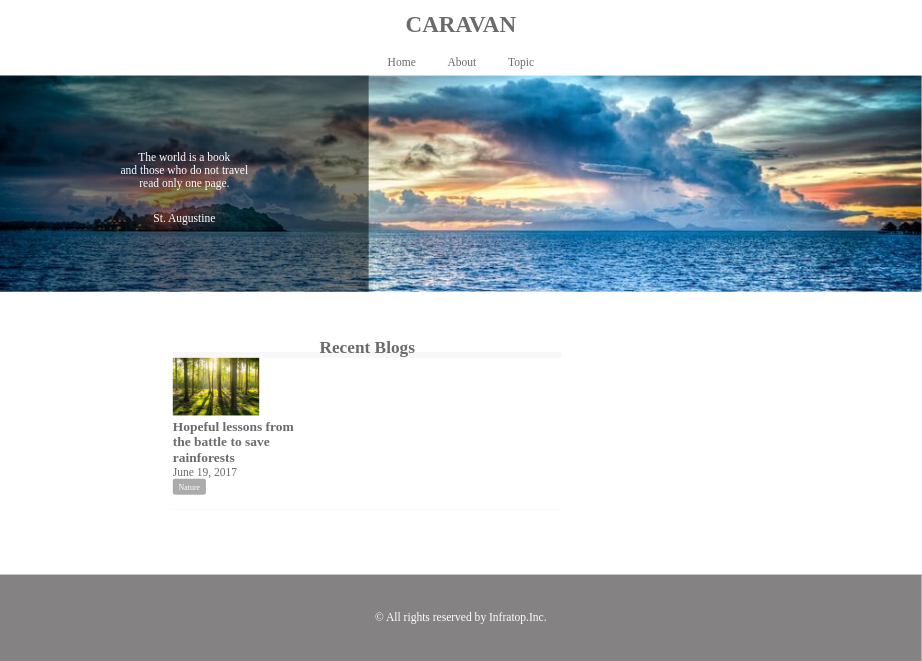
Repository: 825814/caravan2
Page: caravan2/index.html
The author's editor kept a record of every edit. The page is drawn from the files as they stood at one moment, then again after the next edit.
The browser window is 1280 px wide. The pictures show the whole page, at 72% of full size.

Above is the page before.

### caravan2/index.html
<!DOCTYPE html>
<html lang="ja">
  <head>
    <meta charset="UTF-8" />
    <!-- CSSファイルの読み込み -->
    <link rel="stylesheet" href="style.css" />
    <title>CARAVAN</title>
  </head>

  <body>
    <!-- header -->
    <header>
      <h1 class="heading">
        <a href="index.html">
          CARAVAN
        </a>
      </h1>
    </header>

    <!-- navigation -->
    <nav>
      <ul class="nav-list">
        <li class="nav-list-item">
          <a href="index.html">Home</a>
        </li>
        <li class="nav-list-item">About</li>
        <li class="nav-list-item">Topic</li>
      </ul>
    </nav>

    <!-- main-visual用のdiv -->
    <div class="main-visual">
      <div class="main-visual-content">
        <p class="main-visual-text">
          The world is a book<br>
          and those who do not travel<br>
          read only one page.
        </p>
        <p class="main-visual-name">
          St. Augustine
        </p>
      </div>
    </div>

    <!-- main用のdiv -->
    <main>
      <section class="blog">
        <h2 class="blog-heading">Recent Blogs</h2>
        <div class="blog-box">
          <div class="blog-item">
            <img class="blog-image" src="img/forest.jpg"></img>
            <section class="blog-text">
              <h3 class="blog-text-heading">
                <a href="single.html">
                  Hopeful lessons from<br>
                  the battle to save<br>
                  rainforests
                </a>
              </h3>
              <p class="blog-date">June 19, 2017</p>
              <span class="category">Nature</span>
            </section>
          </div>
        </div>
      </section>

      <div class="sidebar"></div>
    </main>

    <!-- footer -->
    <footer>
      <p class="footer-text">© All rights reserved by Infratop.Inc.</p>
    </footer>
  </body>
</html>

### caravan2/style.css
* {
  margin: 0;
  padding: 0;
  box-sizing: border-box;
  color: #6c6b6b;
}

a {
  text-decoration: none;
}

header {
  width: 90%; /* 横幅90% */
  padding: 15px 0;
  margin: 0 auto;
  text-align: center;
}

header .heading {
  /* headerタグ内のheadingクラスにのみ反映される */
  font-size: 32px;
}

.nav-list {
  text-align: center;
  padding: 10px 0;
  margin: 0 auto;
}

.nav-list-item {
  list-style: none;
  display: inline-block;
  margin: 0 20px;
}

.main-visual {
  width: 100%; /* 横幅いっぱい */
  height: 300px; /* 高さ300px */
  background-image: url(img/mv.jpg);
  background-size: cover; /* 縦横比を維持したまま背景領域を埋め尽くす */
  background-position: center; /* 背景画像を中央に配置 */
}

.main-visual-content {
  width: 40%; /* 横幅40% */
  height: 300px; /* 親の高さに揃える */
  background-color: rgba(0, 0, 0, 0.5); /* 背景色を半透明の黒にする */
  text-align: center; /* 文字を中央揃えにする */
  padding-top: 105px; /* 上側の内側余白で垂直方向の位置を調整 */
}

.main-visual-text {
  color: #fff; /* 文字色を白に変更 */
}

.main-visual-name {
  margin-top: 30px; /* 上側の外側の余白 */
  color: #fff; /* 文字色を白に変更 */
}

main {
  width: 800px;
  display: flex;
  justify-content: center;
  margin: 0 auto;
  padding: 70px 0;
}

.blog {
  width: 540px;
  margin-right: 30px;
}

.blog-heading {
  border-bottom: 8px solid #f7f7f7;
  text-align: center;
  line-height: 0.6;
}

.blog-item {
  padding-bottom: 20px;
  margin-bottom: 20px;
  border-bottom: 1px solid #f7f7f7;
}

.blog-image {
  height: 80px;
}

.blog-text {

}

.category {
  display: inline-block;
  padding: 5px 8px;
  background-color: #acabab;
  border-radius: 3px;
  color: #fff;
  font-size: 11px;
}

.sidebar {
  width: 230px;
}

footer {
  width: 100%;
  height: 120px;
  text-align: center;
  line-height: 120px;
  background-color: #848282;
}

.footer-text {
  color: #fff;
}

After the next edit:
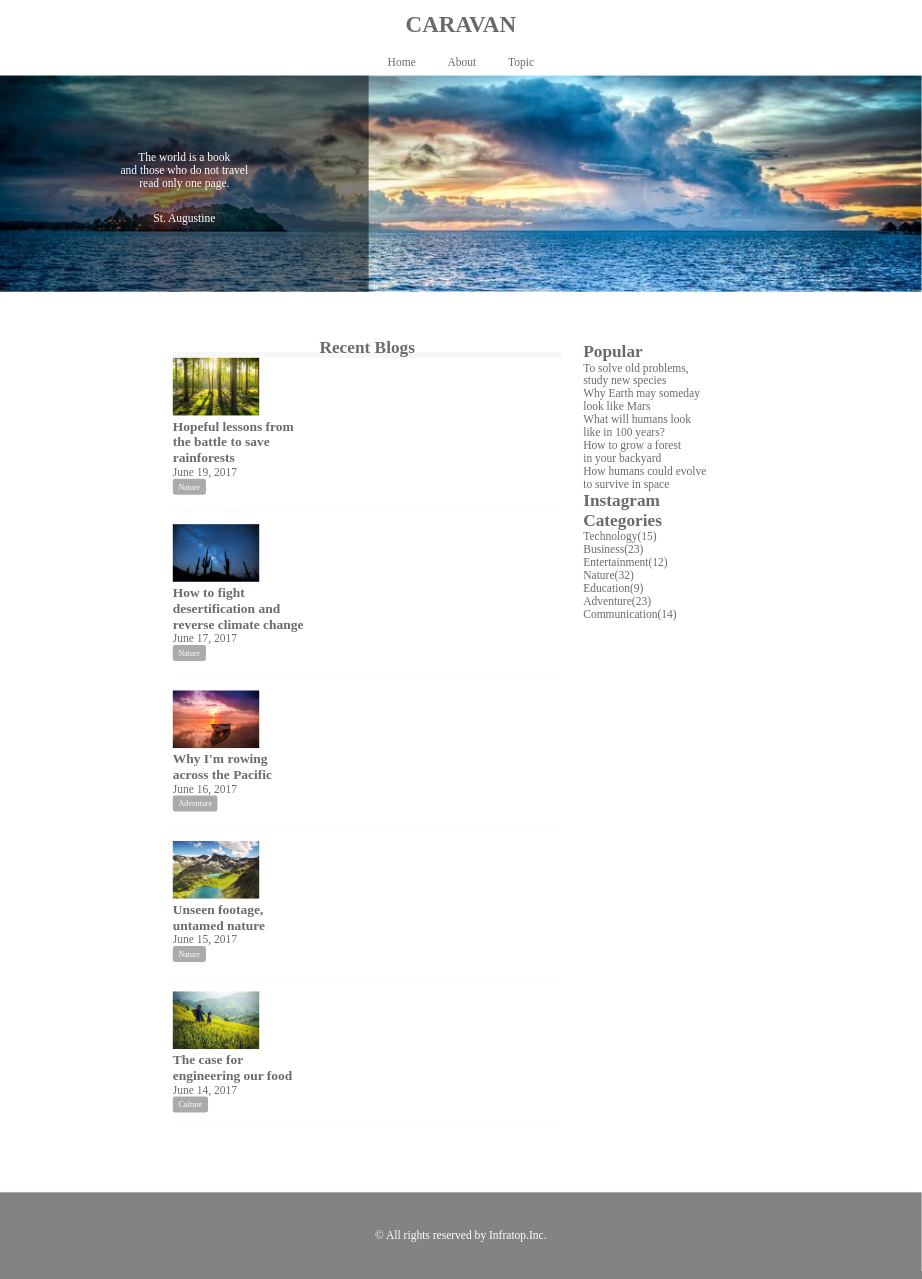
The edit:
--- a/caravan2/index.html
+++ b/caravan2/index.html
@@ -32,8 +32,8 @@
     <div class="main-visual">
       <div class="main-visual-content">
         <p class="main-visual-text">
-          The world is a book<br>
-          and those who do not travel<br>
+          The world is a book<br />
+          and those who do not travel<br />
           read only one page.
         </p>
         <p class="main-visual-name">
@@ -48,12 +48,12 @@
         <h2 class="blog-heading">Recent Blogs</h2>
         <div class="blog-box">
           <div class="blog-item">
-            <img class="blog-image" src="img/forest.jpg"></img>
+            <img class="blog-image" src="img/forest.jpg" />
             <section class="blog-text">
               <h3 class="blog-text-heading">
                 <a href="single.html">
-                  Hopeful lessons from<br>
-                  the battle to save<br>
+                  Hopeful lessons from<br />
+                  the battle to save<br />
                   rainforests
                 </a>
               </h3>
@@ -61,10 +61,97 @@
               <span class="category">Nature</span>
             </section>
           </div>
+          <div class="blog-item">
+            <img class="blog-image" src="img/desert.jpg" />
+            <section class="blog-text">
+              <h3 class="blog-text-heading">
+                <a href="single.html">
+                  How to fight<br />
+                  desertification and<br />
+                  reverse climate change
+                </a>
+              </h3>
+              <p class="blog-date">June 17, 2017</p>
+              <span class="category">Nature</span>
+            </section>
+          </div>
+          <div class="blog-item">
+            <img class="blog-image" src="img/sunset.jpg" />
+            <section class="blog-text">
+              <h3 class="blog-text-heading">
+                <a href="single.html">
+                  Why I'm rowing<br />
+                  across the Pacific
+                </a>
+              </h3>
+              <p class="blog-date">June 16, 2017</p>
+              <span class="category">Adventure</span>
+            </section>
+          </div>
+          <div class="blog-item">
+            <img class="blog-image" src="img/italy.jpg" />
+            <section class="blog-text">
+              <h3 class="blog-text-heading">
+                <a href="single.html">
+                  Unseen footage,<br />
+                  untamed nature
+                </a>
+              </h3>
+              <p class="blog-date">June 15, 2017</p>
+              <span class="category">Nature</span>
+            </section>
+          </div>
+          <div class="blog-item">
+            <img class="blog-image" src="img/asia.jpg" />
+            <section class="blog-text">
+              <h3 class="blog-text-heading">
+                <a href="single.html">
+                  The case for<br />
+                  engineering our food
+                </a>
+              </h3>
+              <p class="blog-date">June 14, 2017</p>
+              <span class="category">Culture</span>
+            </section>
+          </div>
         </div>
       </section>
 
-      <div class="sidebar"></div>
+      <div class="sidebar">
+        <section class="popular">
+          <h2 class="popular-heading common-heading">Popular</h2>
+          <div class="sidebar-contents">
+            <p class="popular-text">To solve old problems,<br>study new species</p>
+            <p class="popular-text">Why Earth may someday<br>look like Mars</p>
+            <p class="popular-text">What will humans look<br>like in 100 years?</p>
+            <p class="popular-text">How to grow a forest<br>in your backyard</p>
+            <p class="popular-text">How humans could evolve<br>to survive in space</p>
+          </div>
+        </section>
+        <section class="instagram">
+          <h2 class="instagram-heading common-heading">Instagram</h2>
+          <div class="sidebar-contents">
+            <div class="instagram-box"></div>
+            <div class="instagram-box"></div>
+            <div class="instagram-box"></div>
+            <div class="instagram-box"></div>
+            <div class="instagram-box"></div>
+            <div class="instagram-box"></div>
+          </div>
+        </section>
+        <section class="categories">
+          <h2 class="categories-heading common-heading">Categories</h2>
+          <div class="sidebar-contents">
+            <p class="categories-text">Technology(15)</p>
+            <p class="categories-text">Business(23)</p>
+            <p class="categories-text">Entertainment(12)</p>
+            <p class="categories-text">Nature(32)</p>
+            <p class="categories-text">Education(9)</p>
+            <p class="categories-text">Adventure(23)</p>
+            <p class="categories-text">Communication(14)</p>
+          </div>
+        </section>
+      </div>
     </main>
 
     <!-- footer -->
